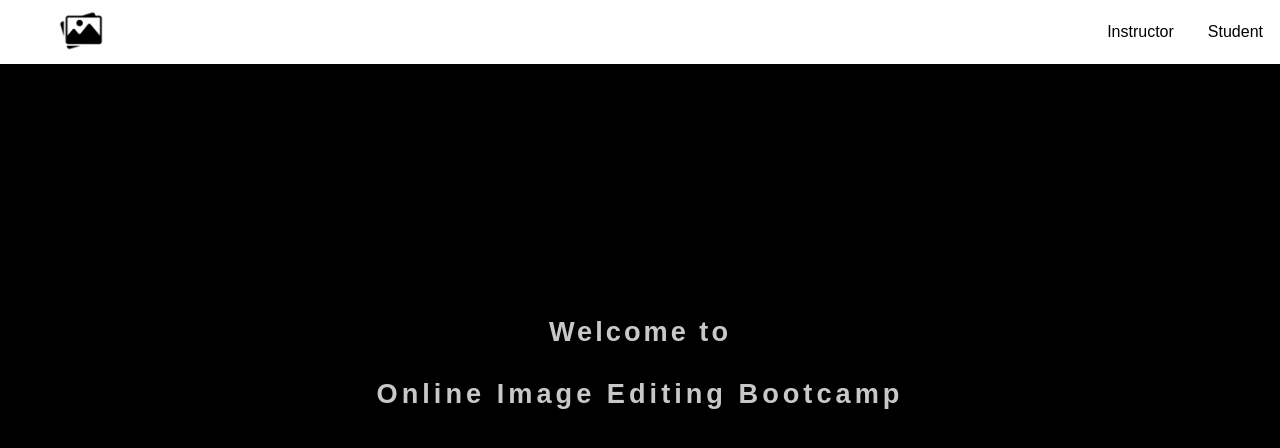
Repository: TanviSanyal/ImageEditingBootcamp
Page: /
These files come from the project's save history. The page is drawn as it stood at one moment and after the next save; the edit follows.
The browser window is 1280 px wide. The pictures show the whole page.
The project was rebuilt for these pictures with package versions that can differ from the ones it lists, and the page was loaded fresh each time. Also part of the build but not shown: src/shared/components/navigation/SideDrawer.css, src/shared/components/navigation/SideDrawer.js, src/shared/components/UIElements/Backdrop.css, src/shared/components/UIElements/Backdrop.js.

Above is the page before, as saved 2020-09-27 00:53:49.

After the next save:
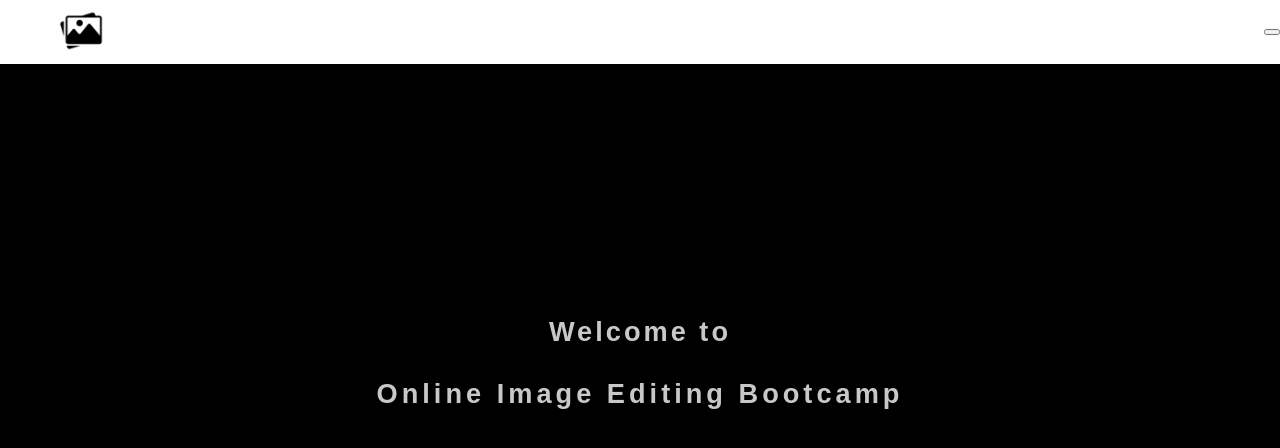
Saved 13 s later.
--- a/src/shared/components/navigation/MainNavigation.css
+++ b/src/shared/components/navigation/MainNavigation.css
@@ -33,7 +33,7 @@
     width: 20%;
   }
 
-  @media (min-width: 768px) {
+  /* @media (min-width: 768px) {
     .main-navigation__menu-btn {
       display: none;
     }
@@ -41,4 +41,4 @@
     .main-navigation__header-nav {
       display: block;
     }
-  }
+  } */
